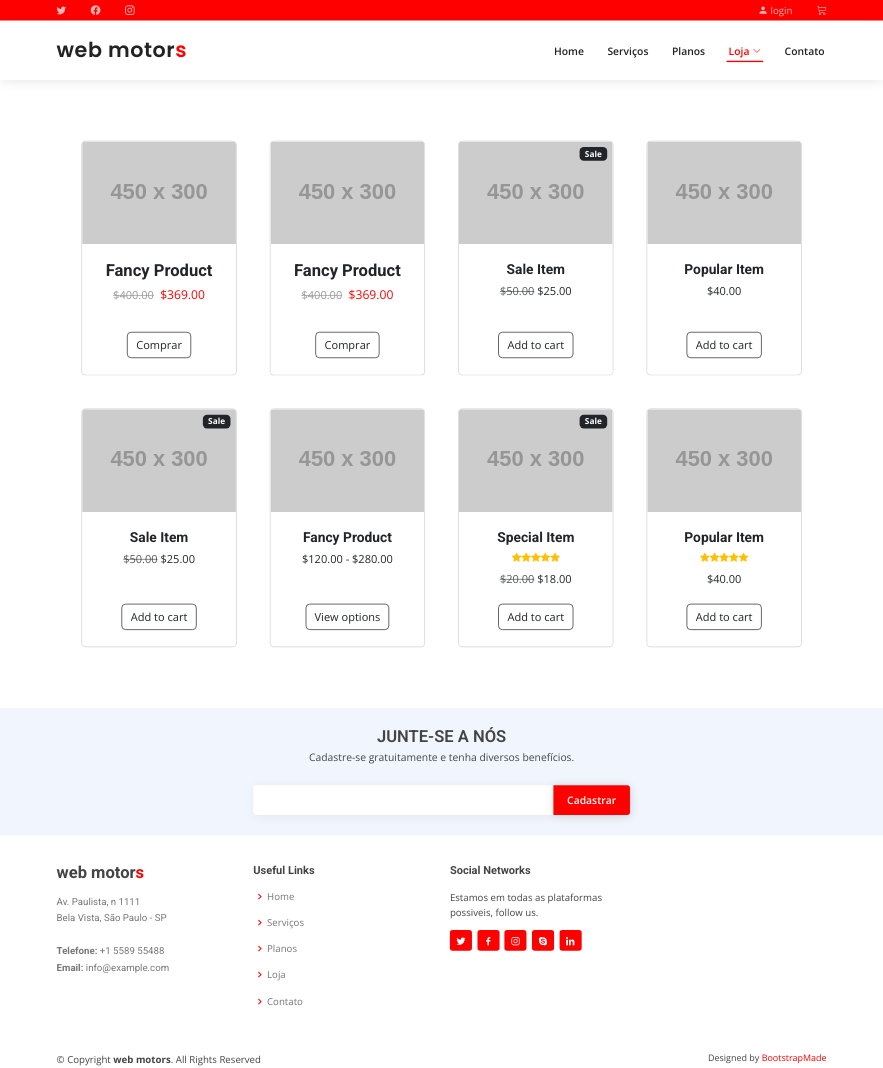
Repository: 01nethy/WebMotors
Page: produtos.html
The author's editor kept a copy of each file at every save. The page is drawn from the files as they stood at one save, then again after the next save.
The browser window is 1280 px wide. The pictures show the whole page, at 69% of full size.

Above is the page before, as saved 2023-12-08 15:10:48.

### produtos.html
<!DOCTYPE html>
<html lang="pt-BR">

<head>
  <meta charset="utf-8">
  <meta content="width=device-width, initial-scale=1.0" name="viewport">

  <title>Produtos Automotivos - Web Motors</title>
  <meta content="" name="description">
  <meta content="" name="keywords">

  <!-- Favicons -->
  <link href="assets/img/favicon.png" rel="icon">
  <link href="assets/img/apple-touch-icon.png" rel="apple-touch-icon">

  <!-- Google Fonts -->
  <link
    href="https://fonts.googleapis.com/css?family=Open+Sans:300,300i,400,400i,600,600i,700,700i|Roboto:300,300i,400,400i,500,500i,600,600i,700,700i|Poppins:300,300i,400,400i,500,500i,600,600i,700,700i"
    rel="stylesheet">

  <!-- Vendor CSS Files -->
  <link href="assets/vendor/aos/aos.css" rel="stylesheet">
  <link href="assets/vendor/bootstrap/css/bootstrap.min.css" rel="stylesheet">
  <link href="assets/vendor/bootstrap-icons/bootstrap-icons.css" rel="stylesheet">
  <link href="assets/vendor/boxicons/css/boxicons.min.css" rel="stylesheet">
  <link href="assets/vendor/glightbox/css/glightbox.min.css" rel="stylesheet">
  <link href="assets/vendor/swiper/swiper-bundle.min.css" rel="stylesheet">

  <!-- Template Main CSS File -->
  <link href="assets/css/style.css" rel="stylesheet">

  <!-- =======================================================
  * Template Name: BizLand
  * Updated: Jul 27 2023 with Bootstrap v5.3.1
  * Template URL: https://bootstrapmade.com/bizland-bootstrap-business-template/
  * Author: BootstrapMade.com
  * License: https://bootstrapmade.com/license/
  ======================================================== -->
</head>

<body>
 <!-- ======= Top Bar ======= -->
 <section id="topbar" class="d-flex align-items-center">
  <div id="topajust" class="container d-flex">
    <div class="social-links col-6 ">
      <a href="#" class="twitter m-0"><i class="bi bi-twitter"></i></a>
      <a href="#" class="facebook"><i class="bi bi-facebook"></i></a>
      <a href="#" class="instagram"><i class="bi bi-instagram"></i></a>
      <!-- <a href="#" class="linkedin"><i class="bi bi-linkedin"></i></i></a> -->
    </div>
    <div class="social-links col-6 text-end">
      <a href="login.html"><i class="bi bi-person-fill"></i> login </a>
      <a href="cart.html"> <i class="bi bi-cart3"></i></a>
    </div>
  </div>
</section>

  <!-- ======= Header nav ======= -->
  <header id="header" class="d-flex">
    <div class="container d-flex align-items-center justify-content-between"">
      <h1 class=" logo"><a href="index.html">web motor<span>s</span></a></h1>
      <nav id="navbar" class="nav navbar justify-content-end">
        <ul>
          <li><a class="nav-link scrollto" href="index.html">Home</a></li>
          <!-- <li><a class="nav-link scrollto" href="#about">Mecanica</a></li>-->
          <li><a class="nav-link scrollto" href="index.html #services">Serviços</a></li>
          <!-- <li><a class="nav-link scrollto " href="#portfolio">Aditivo</a></li>-->
          <li><a class="nav-link scrollto" href="index.html #pricing">Planos</a></li>
          <li class="dropdown"><a class="active" href="produtos.html"><span>Loja</span> <i class="bi bi-chevron-down"></i></a>
            <ul>
              <li><a href="#">Aditivos</a></li>
              <!-- <li class="dropdown"><a href="#"><span>Deep Drop Down</span> <i class="bi bi-chevron-right"></i></a>
                <ul>
                  <li><a href="#">Deep Drop Down 1</a></li>
                  <li><a href="#">Deep Drop Down 2</a></li>
                  <li><a href="#">Deep Drop Down 3</a></li>
                  <li><a href="#">Deep Drop Down 4</a></li>
                  <li><a href="#">Deep Drop Down 5</a></li>
                </ul>
              </li> -->
              <li><a href="#">Borracha</a></li>
              <li><a href="#">Pneus</a></li>
            </ul>
          </li>
          <li><a class="nav-link scrollto" href="index.html #contact">Contato</a></li>
        </ul>
        <i class="bi bi-list mobile-nav-toggle"></i>
      </nav><!-- .navbar -->
    </div>
  </header>

  <main id="main" data-aos="fade-up">
    <section class="inner-page">
      <div class="container px-4 px-lg-5 mt-5">
        <div class="row gx-4 gx-lg-5 row-cols-2 row-cols-md-3 row-cols-xl-4 justify-content-center">
          <div class="col mb-5">
            <div class="card h-100">
              <img class="card-img-top" src="https://dummyimage.com/450x300/dee2e6/6c757d.jpg" alt="..." />
              <div class="p-4">
              <div class="text-center">
                <h4 class="fw-bolder">Fancy Product</h4>
                <p class="item-price">
                  <strike>$400.00</strike> <span>$369.00</span>
                </p>
              </div>
            </div>
              <div class="card-footer p-4 pt-0 border-top-0 bg-transparent">
                <div class="text-center"><a class="btn btn-outline-dark mt-auto" href="#">Comprar</a>
                </div>
              </div>
            </div>
          </div>
          <div class="col mb-5">
            <div class="card h-100">
              <img class="card-img-top" src="https://dummyimage.com/450x300/dee2e6/6c757d.jpg" alt="..." />
              <div class="p-4">
              <div class="text-center">
                <h4 class="fw-bolder">Fancy Product</h4>
                <p class="item-price">
                  <strike>$400.00</strike> <span>$369.00</span>
                </p>
              </div>
            </div>
              <div class="card-footer p-4 pt-0 border-top-0 bg-transparent">
                <div class="text-center"><a class="btn btn-outline-dark mt-auto" href="#">Comprar</a>
                </div>
              </div>
            </div>
          </div>
          <div class="col mb-5">
            <div class="card h-100">
              <!-- Sale badge-->
              <div class="badge bg-dark text-white position-absolute" style="top: 0.5rem; right: 0.5rem">Sale</div>
              <!-- Product image-->
              <img class="card-img-top" src="https://dummyimage.com/450x300/dee2e6/6c757d.jpg" alt="..." />
              <!-- Product details-->
              <div class="card-body p-4">
                <div class="text-center">
                  <!-- Product name-->
                  <h5 class="fw-bolder">Sale Item</h5>
                  <!-- Product price-->
                  <span class="text-muted text-decoration-line-through">$50.00</span>
                  $25.00
                </div>
              </div>
              <!-- Product actions-->
              <div class="card-footer p-4 pt-0 border-top-0 bg-transparent">
                <div class="text-center"><a class="btn btn-outline-dark mt-auto" href="#">Add to cart</a></div>
              </div>
            </div>
          </div>
          <div class="col mb-5">
            <div class="card h-100">
              <!-- Product image-->
              <img class="card-img-top" src="https://dummyimage.com/450x300/dee2e6/6c757d.jpg" alt="..." />
              <!-- Product details-->
              <div class="card-body p-4">
                <div class="text-center">
                  <!-- Product name-->
                  <h5 class="fw-bolder">Popular Item</h5>
                  <!-- Product price-->
                  $40.00
                </div>
              </div>
              <!-- Product actions-->
              <div class="card-footer p-4 pt-0 border-top-0 bg-transparent">
                <div class="text-center"><a class="btn btn-outline-dark mt-auto" href="#">Add to cart</a></div>
              </div>
            </div>
          </div>
          <div class="col mb-5">
            <div class="card h-100">
              <!-- Sale badge-->
              <div class="badge bg-dark text-white position-absolute" style="top: 0.5rem; right: 0.5rem">Sale</div>
              <!-- Product image-->
              <img class="card-img-top" src="https://dummyimage.com/450x300/dee2e6/6c757d.jpg" alt="..." />
              <!-- Product details-->
              <div class="card-body p-4">
                <div class="text-center">
                  <!-- Product name-->
                  <h5 class="fw-bolder">Sale Item</h5>
                  <!-- Product price-->
                  <span class="text-muted text-decoration-line-through">$50.00</span>
                  $25.00
                </div>
              </div>
              <!-- Product actions-->
              <div class="card-footer p-4 pt-0 border-top-0 bg-transparent">
                <div class="text-center"><a class="btn btn-outline-dark mt-auto" href="#">Add to cart</a></div>
              </div>
            </div>
          </div>
          <div class="col mb-5">
            <div class="card h-100">
              <!-- Product image-->
              <img class="card-img-top" src="https://dummyimage.com/450x300/dee2e6/6c757d.jpg" alt="..." />
              <!-- Product details-->
              <div class="card-body p-4">
                <div class="text-center">
                  <!-- Product name-->
                  <h5 class="fw-bolder">Fancy Product</h5>
                  <!-- Product price-->
                  $120.00 - $280.00
                </div>
              </div>
              <!-- Product actions-->
              <div class="card-footer p-4 pt-0 border-top-0 bg-transparent">
                <div class="text-center"><a class="btn btn-outline-dark mt-auto" href="#">View options</a></div>
              </div>
            </div>
          </div>
          <div class="col mb-5">
            <div class="card h-100">
              <!-- Sale badge-->
              <div class="badge bg-dark text-white position-absolute" style="top: 0.5rem; right: 0.5rem">Sale</div>
              <!-- Product image-->
              <img class="card-img-top" src="https://dummyimage.com/450x300/dee2e6/6c757d.jpg" alt="..." />
              <!-- Product details-->
              <div class="card-body p-4">
                <div class="text-center">
                  <!-- Product name-->
                  <h5 class="fw-bolder">Special Item</h5>
                  <!-- Product reviews-->
                  <div class="d-flex justify-content-center small text-warning mb-2">
                    <div class="bi-star-fill"></div>
                    <div class="bi-star-fill"></div>
                    <div class="bi-star-fill"></div>
                    <div class="bi-star-fill"></div>
                    <div class="bi-star-fill"></div>
                  </div>
                  <!-- Product price-->
                  <span class="text-muted text-decoration-line-through">$20.00</span>
                  $18.00
                </div>
              </div>
              <!-- Product actions-->
              <div class="card-footer p-4 pt-0 border-top-0 bg-transparent">
                <div class="text-center"><a class="btn btn-outline-dark mt-auto" href="#">Add to cart</a></div>
              </div>
            </div>
          </div>
          <div class="col mb-5">
            <div class="card h-100">
              <!-- Product image-->
              <img class="card-img-top" src="https://dummyimage.com/450x300/dee2e6/6c757d.jpg" alt="..." />
              <!-- Product details-->
              <div class="card-body p-4">
                <div class="text-center">
                  <!-- Product name-->
                  <h5 class="fw-bolder">Popular Item</h5>
                  <!-- Product reviews-->
                  <div class="d-flex justify-content-center small text-warning mb-2">
                    <div class="bi-star-fill"></div>
                    <div class="bi-star-fill"></div>
                    <div class="bi-star-fill"></div>
                    <div class="bi-star-fill"></div>
                    <div class="bi-star-fill"></div>
                  </div>
                  <!-- Product price-->
                  $40.00
                </div>
              </div>
              <!-- Product actions-->
              <div class="card-footer p-4 pt-0 border-top-0 bg-transparent">
                <div class="text-center"><a class="btn btn-outline-dark mt-auto" href="#">Add to cart</a></div>
              </div>
            </div>
          </div>
        </div>
      </div>
    </section>
  </main><!-- End #main -->

 <!-- ======= Footer ======= -->
 <footer id="footer">
  <div class="footer-newsletter">
    <div class="container">
      <div class="row justify-content-center">
        <div class="col-lg-6">
          <h4>JUNTE-SE A NÓS</h4>
          <p>Cadastre-se gratuitamente e tenha diversos benefícios.</p>
          <form action="" method="post">
            <input type="email" name="email"><input type="submit" value="Cadastrar">
          </form>
        </div>
      </div>
    </div>
  </div>
  <div class="footer-top">
    <div class="container">
      <div class="row">
        <div class="col-lg-3 col-md-6 footer-contact">
          <h3>web motor<span>s</span></h3>
          <p>
            Av. Paulista, n 1111 <br>
            Bela Vista, São Paulo - SP<br>
            <br>
            <strong>Telefone:</strong> +1 5589 55488<br>
            <strong>Email:</strong> info@example.com<br>
          </p>
        </div>
        <div class="col-lg-3 col-md-6 footer-links">
          <h4>Useful Links</h4>
          <ul>
            <li><i class="bx bx-chevron-right"></i> <a href="#">Home</a></li>
            <li><i class="bx bx-chevron-right"></i> <a href="#">Serviços</a></li>
            <li><i class="bx bx-chevron-right"></i> <a href="#">Planos</a></li>
            <li><i class="bx bx-chevron-right"></i> <a href="#">Loja</a></li>
            <li><i class="bx bx-chevron-right"></i> <a href="#">Contato</a></li>
          </ul>
        </div>
        <div class="col-lg-3 col-md-6 footer-links">
          <h4>Social Networks</h4>
          <p>Estamos em todas as plataformas possiveis,
            follow us.</p>
          <div class="social-links mt-3">
            <a href="#" class="twitter"><i class="bx bxl-twitter"></i></a>
            <a href="#" class="facebook"><i class="bx bxl-facebook"></i></a>
            <a href="#" class="instagram"><i class="bx bxl-instagram"></i></a>
            <a href="#" class="google-plus"><i class="bx bxl-skype"></i></a>
            <a href="#" class="linkedin"><i class="bx bxl-linkedin"></i></a>
          </div>
        </div>
      </div>
    </div>
  </div>
  <div class="container py-4">
    <div class="copyright">
      &copy; Copyright <strong><span>web motors</span></strong>. All Rights Reserved
    </div>
    <div class="credits">
      <!-- All the links in the footer should remain intact. -->
      <!-- You can delete the links only if you purchased the pro version. -->
      <!-- Licensing information: https://bootstrapmade.com/license/ -->
      <!-- Purchase the pro version with working PHP/AJAX contact form: https://bootstrapmade.com/web motors-bootstrap-business-template/ -->
      Designed by <a href="https://bootstrapmade.com/">BootstrapMade</a>
    </div>
  </div>
</footer>

  <div id="preloader"></div>
  <a href="#" class="back-to-top d-flex align-items-center justify-content-center"><i
      class="bi bi-arrow-up-short"></i></a>

  <!-- Vendor JS Files -->
  <script src="assets/vendor/purecounter/purecounter_vanilla.js"></script>
  <script src="assets/vendor/aos/aos.js"></script>
  <script src="assets/vendor/bootstrap/js/bootstrap.bundle.min.js"></script>
  <script src="assets/vendor/glightbox/js/glightbox.min.js"></script>
  <script src="assets/vendor/isotope-layout/isotope.pkgd.min.js"></script>
  <script src="assets/vendor/swiper/swiper-bundle.min.js"></script>
  <script src="assets/vendor/waypoints/noframework.waypoints.js"></script>
  <script src="assets/vendor/php-email-form/validate.js"></script>

  <!-- Template Main JS File -->
  <script src="assets/js/main.js"></script>
</body>
</html>

Loaded but not shown: assets/vendor/aos/aos.css (library); assets/vendor/bootstrap/css/bootstrap.min.css (library); assets/vendor/bootstrap-icons/bootstrap-icons.css (library); assets/vendor/boxicons/css/boxicons.min.css (library); assets/vendor/glightbox/css/glightbox.min.css (library); assets/vendor/swiper/swiper-bundle.min.css (library); assets/vendor/purecounter/purecounter_vanilla.js (library); assets/vendor/aos/aos.js (library); assets/vendor/bootstrap/js/bootstrap.bundle.min.js (library); assets/vendor/glightbox/js/glightbox.min.js (library); assets/vendor/isotope-layout/isotope.pkgd.min.js (library); assets/vendor/swiper/swiper-bundle.min.js (library); assets/vendor/waypoints/noframework.waypoints.js (library); assets/vendor/php-email-form/validate.js (common file); assets/js/main.js (289 lines, source omitted); assets/css/style.css (2218 lines, source omitted)

After the next save:
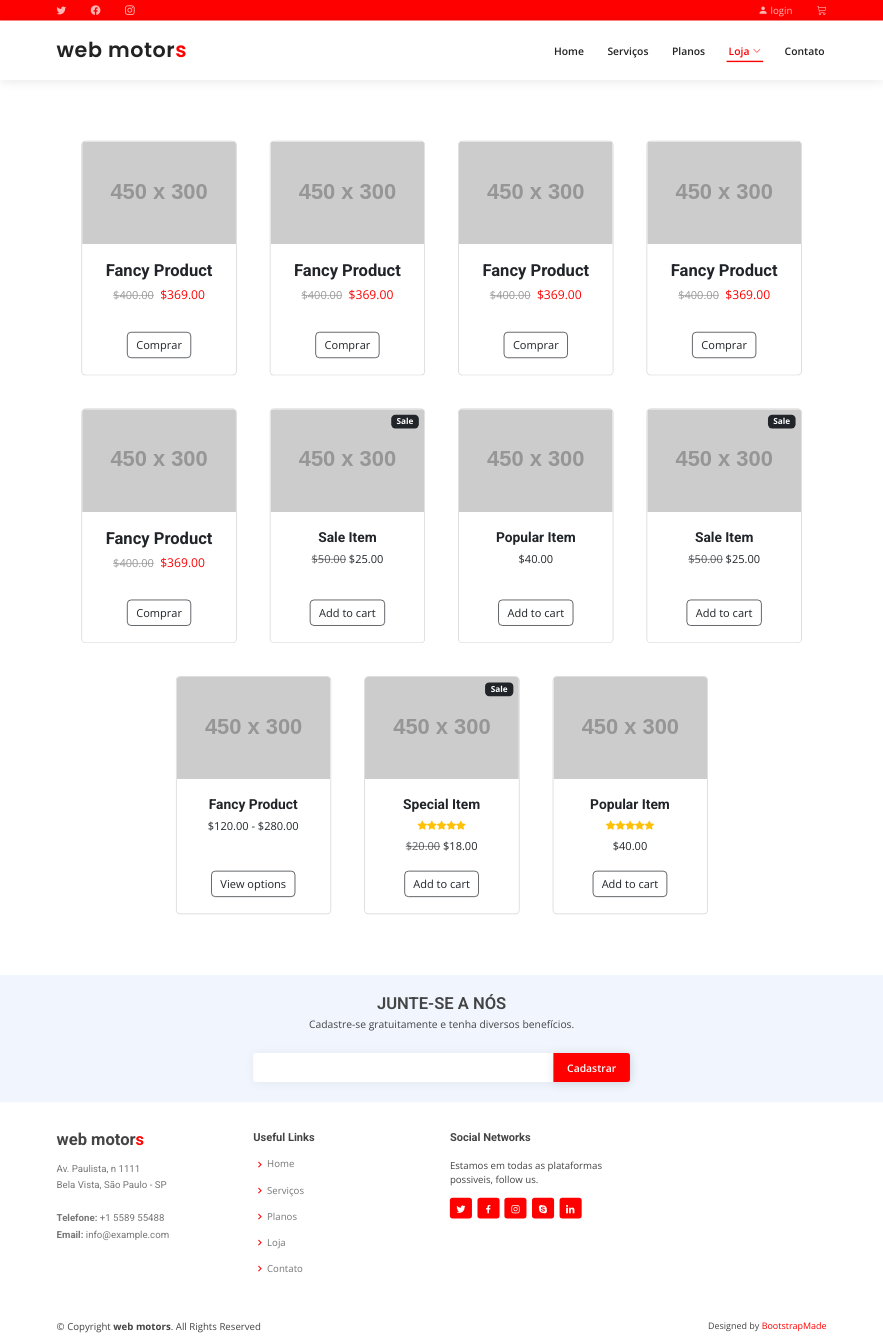
Saved 51 s later.
--- a/produtos.html
+++ b/produtos.html
@@ -127,6 +127,59 @@
               </div>
             </div>
           </div>
+          <div class="col mb-5">
+            <div class="card h-100">
+              <img class="card-img-top" src="https://dummyimage.com/450x300/dee2e6/6c757d.jpg" alt="..." />
+              <div class="p-4">
+              <div class="text-center">
+                <h4 class="fw-bolder">Fancy Product</h4>
+                <p class="item-price">
+                  <strike>$400.00</strike> <span>$369.00</span>
+                </p>
+              </div>
+            </div>
+              <div class="card-footer p-4 pt-0 border-top-0 bg-transparent">
+                <div class="text-center"><a class="btn btn-outline-dark mt-auto" href="#">Comprar</a>
+                </div>
+              </div>
+            </div>
+          </div>
+          <div class="col mb-5">
+            <div class="card h-100">
+              <img class="card-img-top" src="https://dummyimage.com/450x300/dee2e6/6c757d.jpg" alt="..." />
+              <div class="p-4">
+              <div class="text-center">
+                <h4 class="fw-bolder">Fancy Product</h4>
+                <p class="item-price">
+                  <strike>$400.00</strike> <span>$369.00</span>
+                </p>
+              </div>
+            </div>
+              <div class="card-footer p-4 pt-0 border-top-0 bg-transparent">
+                <div class="text-center"><a class="btn btn-outline-dark mt-auto" href="#">Comprar</a>
+                </div>
+              </div>
+            </div>
+          </div>
+          <div class="col mb-5">
+            <div class="card h-100">
+              <img class="card-img-top" src="https://dummyimage.com/450x300/dee2e6/6c757d.jpg" alt="..." />
+              <div class="p-4">
+              <div class="text-center">
+                <h4 class="fw-bolder">Fancy Product</h4>
+                <p class="item-price">
+                  <strike>$400.00</strike> <span>$369.00</span>
+                </p>
+              </div>
+            </div>
+              <div class="card-footer p-4 pt-0 border-top-0 bg-transparent">
+                <div class="text-center"><a class="btn btn-outline-dark mt-auto" href="#">Comprar</a>
+                </div>
+              </div>
+            </div>
+          </div>
+
+
           <div class="col mb-5">
             <div class="card h-100">
               <!-- Sale badge-->
